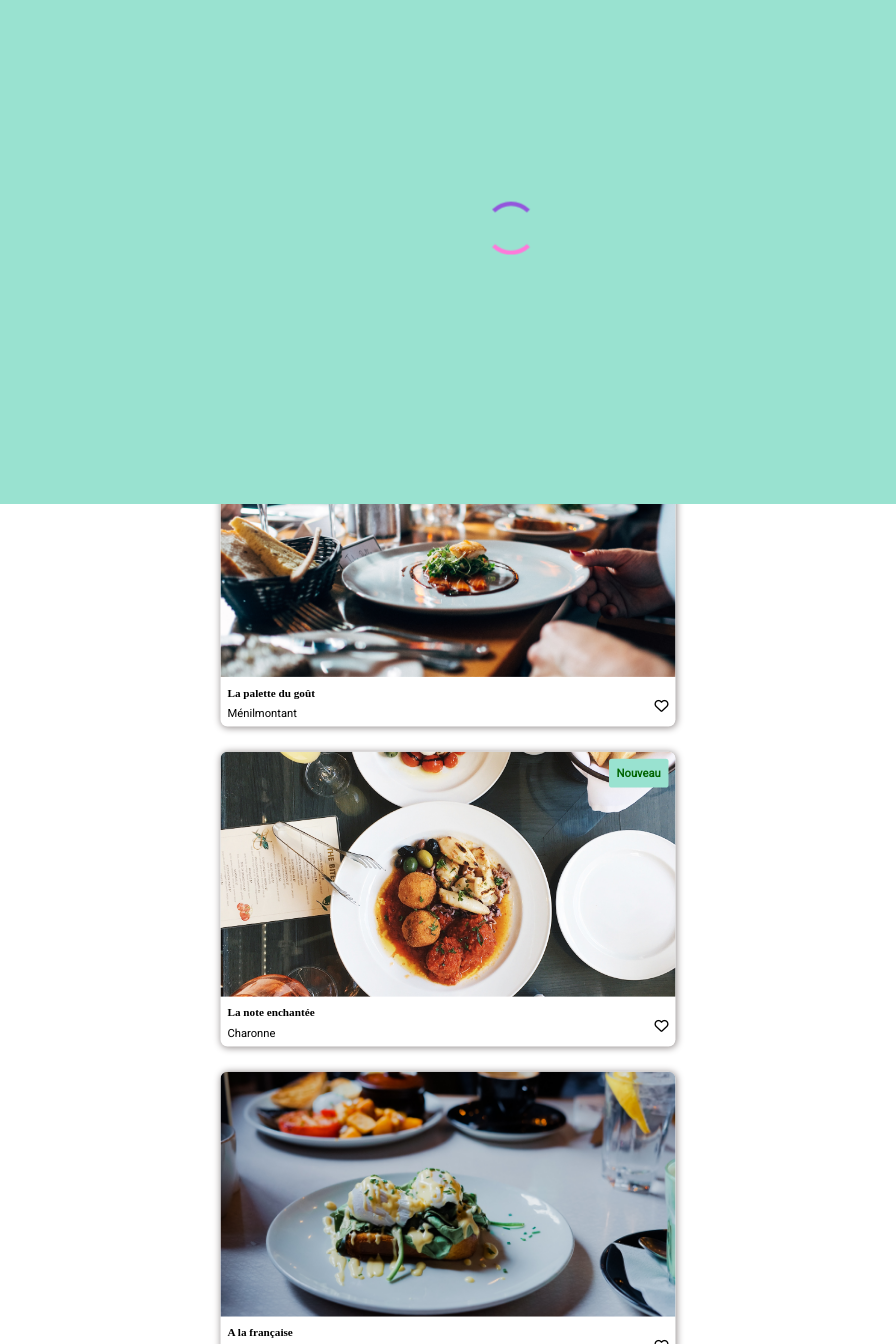
Repository: Micka-17/boimickael_3_16042021
Page: index.html
An editor plug-in stored every save of this project. The page is shown before and after the next save, followed by the edit.
The browser window is 1280 px wide. The pictures show the part of the page from y = 0 to 1920 px (the page is 2618 px tall), at 70% of full size.
Some web fonts or font styles are not loaded; a fallback is used. Some web libraries are served in a nearby version. The style sheet was rebuilt from its Sass, Less or Tailwind sources for each picture, by a compiler version that may differ from the author's.

Above is the page before, as saved 2021-05-26 10:45:10.

After the next save:
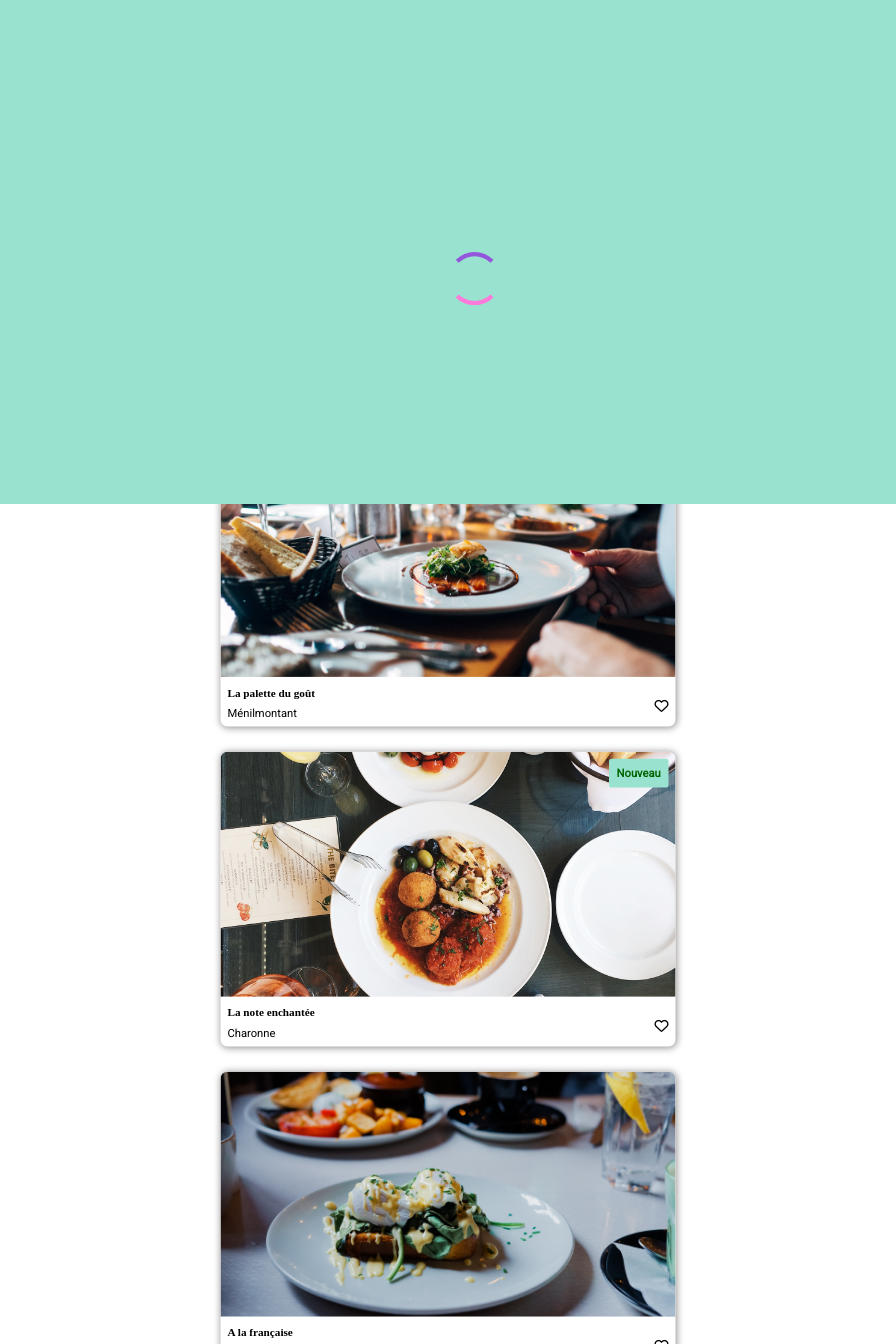
Saved 14 s later.
--- a/sass/style.scss
+++ b/sass/style.scss
@@ -30,8 +30,10 @@ ul {
 #loader {
     position: absolute;
     height: 70px;
-    top: 40%;
-    right: 40%;
+    top: 50%;
+    right: 50%;
+    bottom: 50%;
+    left: 50%;
     width: 64px;
     height: 64px;
     border-radius: 50%;
